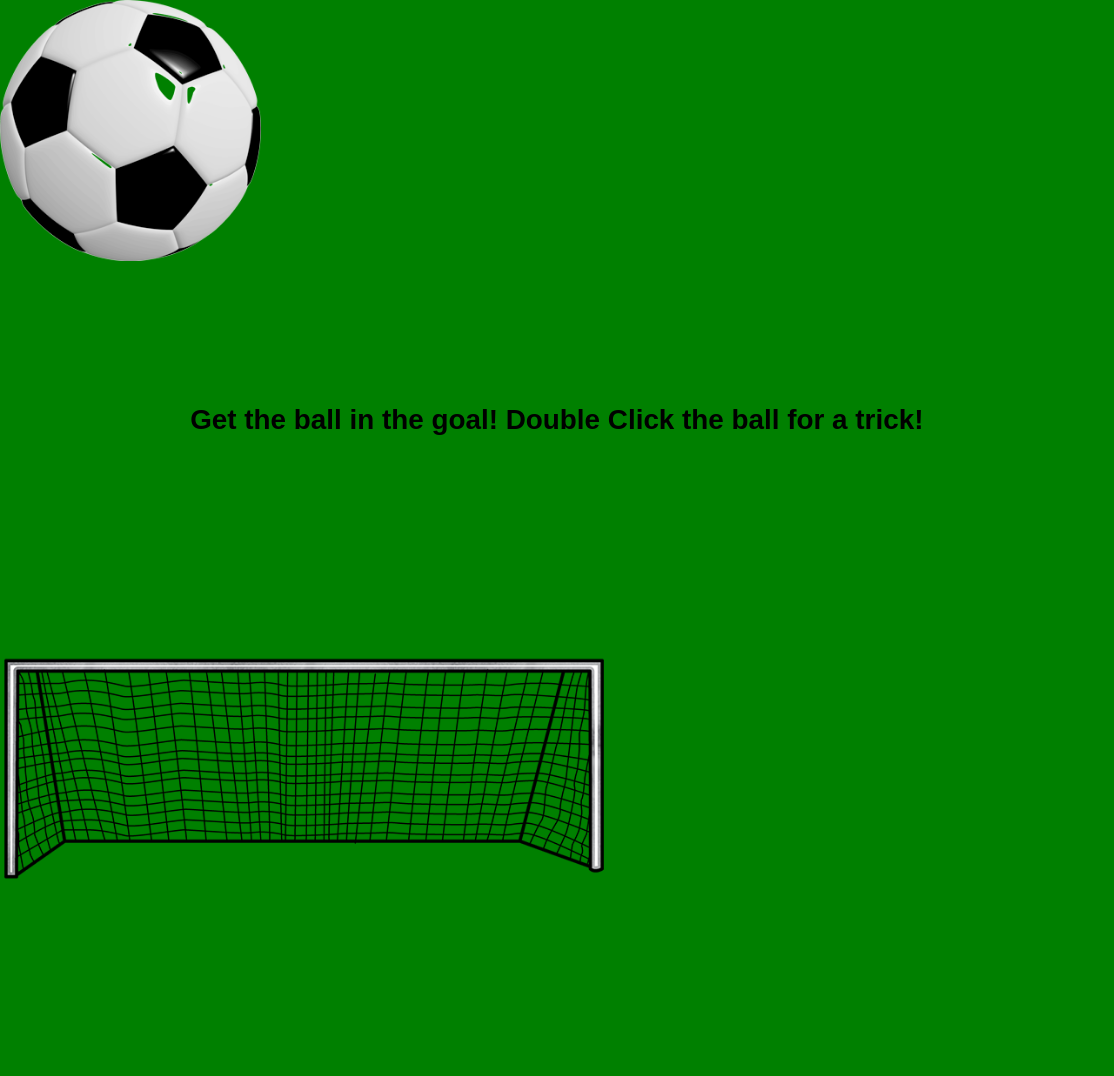
Repository: alexmaddux99/Lab3
Page: mouse-events.html
The author's editor kept a copy of each file at every save. The page is drawn from the files as they stood at one save, then again after the next save.
The browser window is 1280 px wide. The pictures show the whole page, at 87% of full size.

Above is the page before, as saved 2022-03-06 17:10:13.

After the next save:
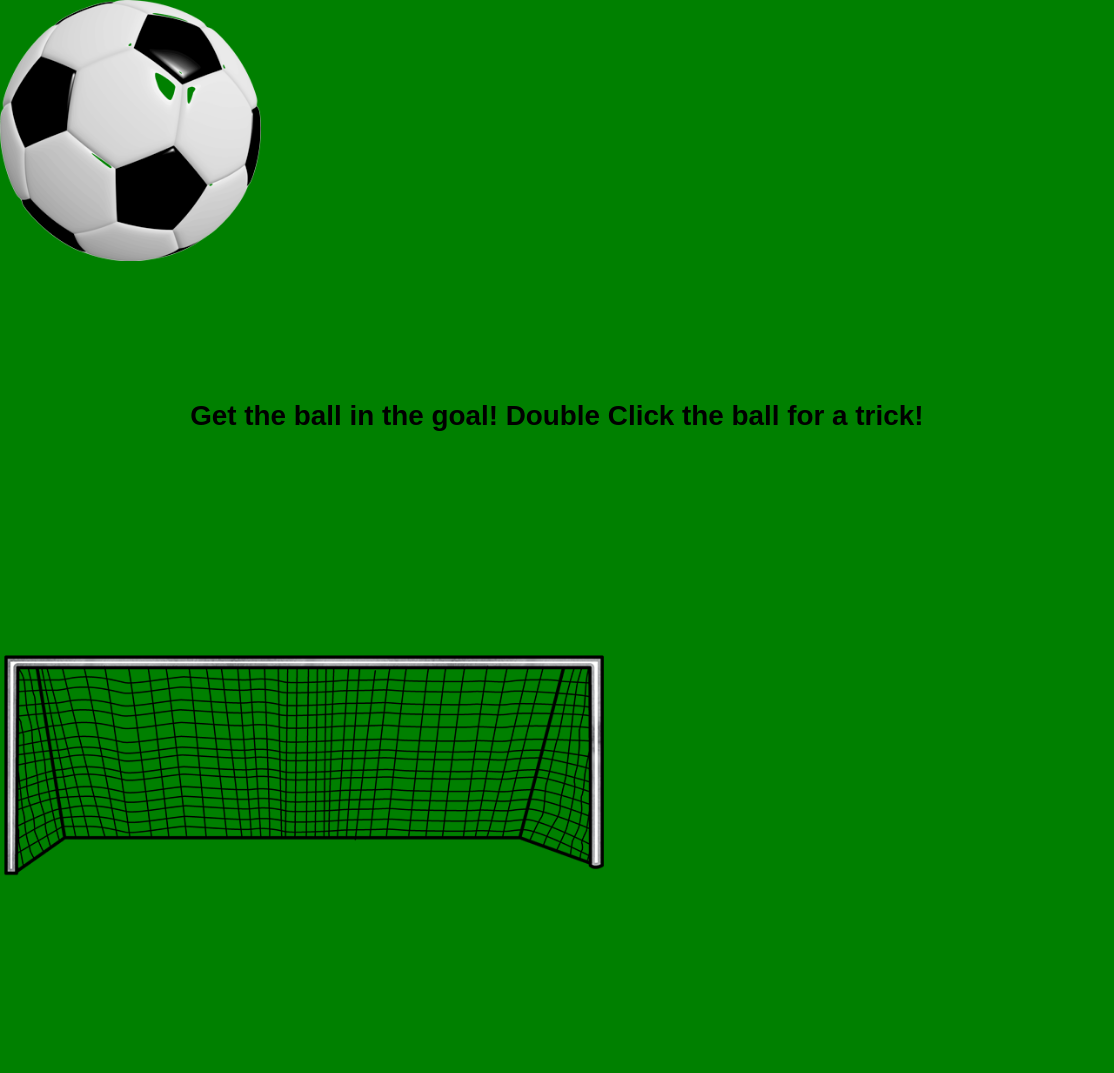
Saved 37 s later.
--- a/mouse-events.html
+++ b/mouse-events.html
@@ -14,7 +14,8 @@
         }
 
         div {
-
+           height: 300px;
+           width: 300px;
             transition: transform 1s;
 
         }
